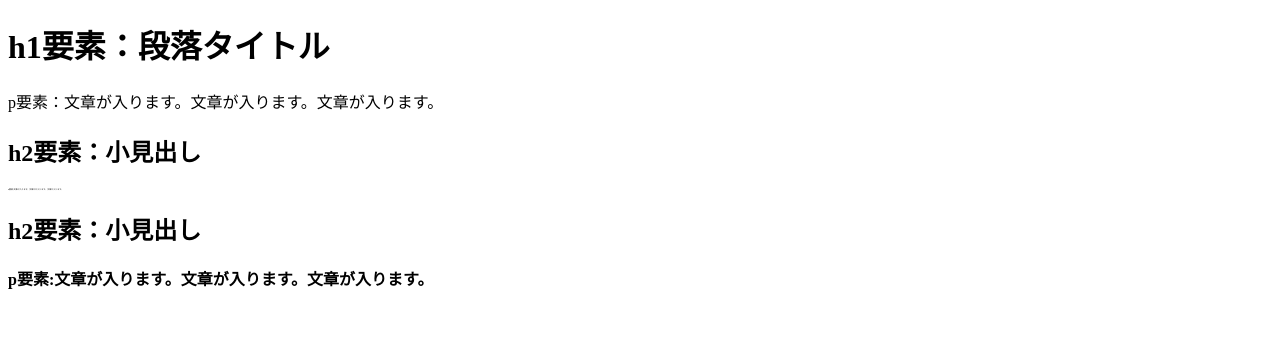
Repository: ayano-ogawa/samurai_HTML-CSS
Page: Untitled1.html
The author's editor kept a record of every edit. The page is drawn from the files as they stood at one moment, then again after the next edit.
The browser window is 1280 px wide. The pictures show the whole page.

Above is the page before.

### Untitled1.html
<!DOCTYPE html>
<html lang="en">
<head>
    <meta charset="UTF-8">
    <title>HTML/CSSの学習</title>
</head>
<body>
    <h1 class="blue">h1要素：段落タイトル</h1>
    <p>p要素：文章が入ります。文章が入ります。文章が入ります。</p>
    <h2 id="blue">h2要素：小見出し</h2>
    <p style="font-size: 2px;">
     p要素:文章が入ります。文章がが入ります。文章が入ります。
    </p>
    <h2 id="green">h2要素：小見出し</h2>
    <p style="font-weight: bold";>
     p要素:文章が入ります。文章が入ります。文章が入ります。
    </p>

</body>
</html>

After the next edit:
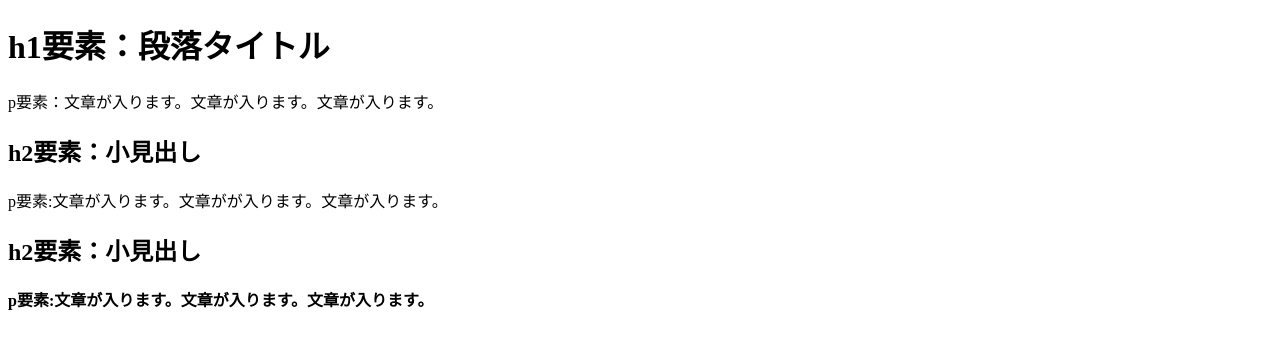
The edit:
--- a/Untitled1.html
+++ b/Untitled1.html
@@ -7,8 +7,8 @@
 <body>
     <h1 class="blue">h1要素：段落タイトル</h1>
     <p>p要素：文章が入ります。文章が入ります。文章が入ります。</p>
-    <h2 id="blue">h2要素：小見出し</h2>
-    <p style="font-size: 2px;">
+    <h2 class="blue">h2要素：小見出し</h2>
+    <p style="fs-25;">
      p要素:文章が入ります。文章がが入ります。文章が入ります。
     </p>
     <h2 id="green">h2要素：小見出し</h2>
